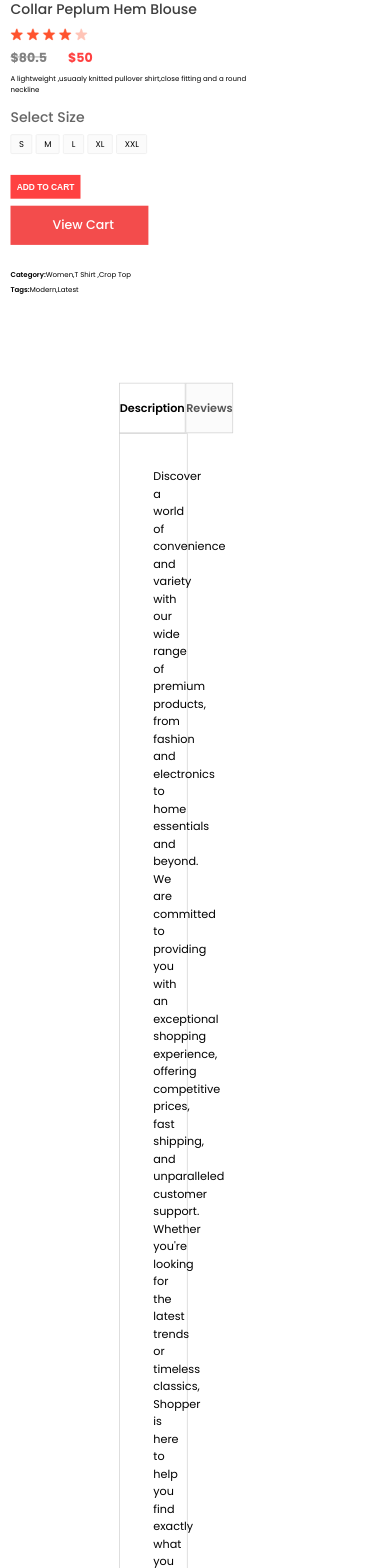
Repository: PayalJakhar/Shoppers-E-commerce-Website
Page: /product/1 (app in frontend/)
The author's editor kept a copy of each file at every save. The page is drawn from the files as they stood at one save, then again after a run of saves.
The browser window is 375 px wide. The page is 553 px wide, so the pictures cover 553 px, including what lies to the right of the window. The pictures show the part of the page from y = 537 to 2777 px (the page is 4466 px tall before and 4491 px after), at 70% of full size.
The project was rebuilt for these pictures with package versions that can differ from the ones it lists, and the page was loaded fresh each time. Also part of the build but not shown: frontend/src/App.css, frontend/src/Components/Hero/Hero.css, frontend/src/Components/Hero/Hero.jsx, frontend/src/Components/Popular/Popular.css, frontend/src/Components/Popular/Popular.jsx, frontend/src/Components/Offers/Offers.css, frontend/src/Components/Offers/Offers.jsx, frontend/src/Components/NewCollections/NewCollections.css and 12 more.

Above is the page before, as saved 2025-01-17 18:56:08.

After the next 5 saves:
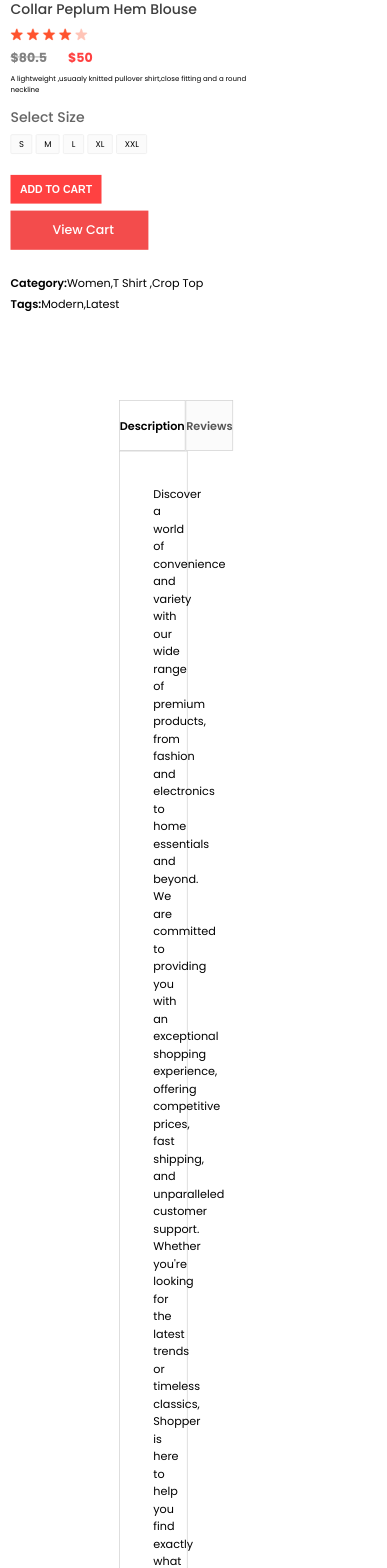
The 5 saves are shown as one change because they came seconds apart.
The last was saved 70 s later.
--- a/frontend/src/Components/ProductDisplay/ProductDisplay.css
+++ b/frontend/src/Components/ProductDisplay/ProductDisplay.css
@@ -361,5 +361,17 @@
         font-size: 14px;
     }
 
-
-}
+    .productdisplay-right button{
+
+        width: 130px;
+
+        font-size: 15px;
+
+        padding: 12px 0px;
+
+    }
+
+        .productdisplay-right-category{
+            font-size: 16px;
+        }
+}
